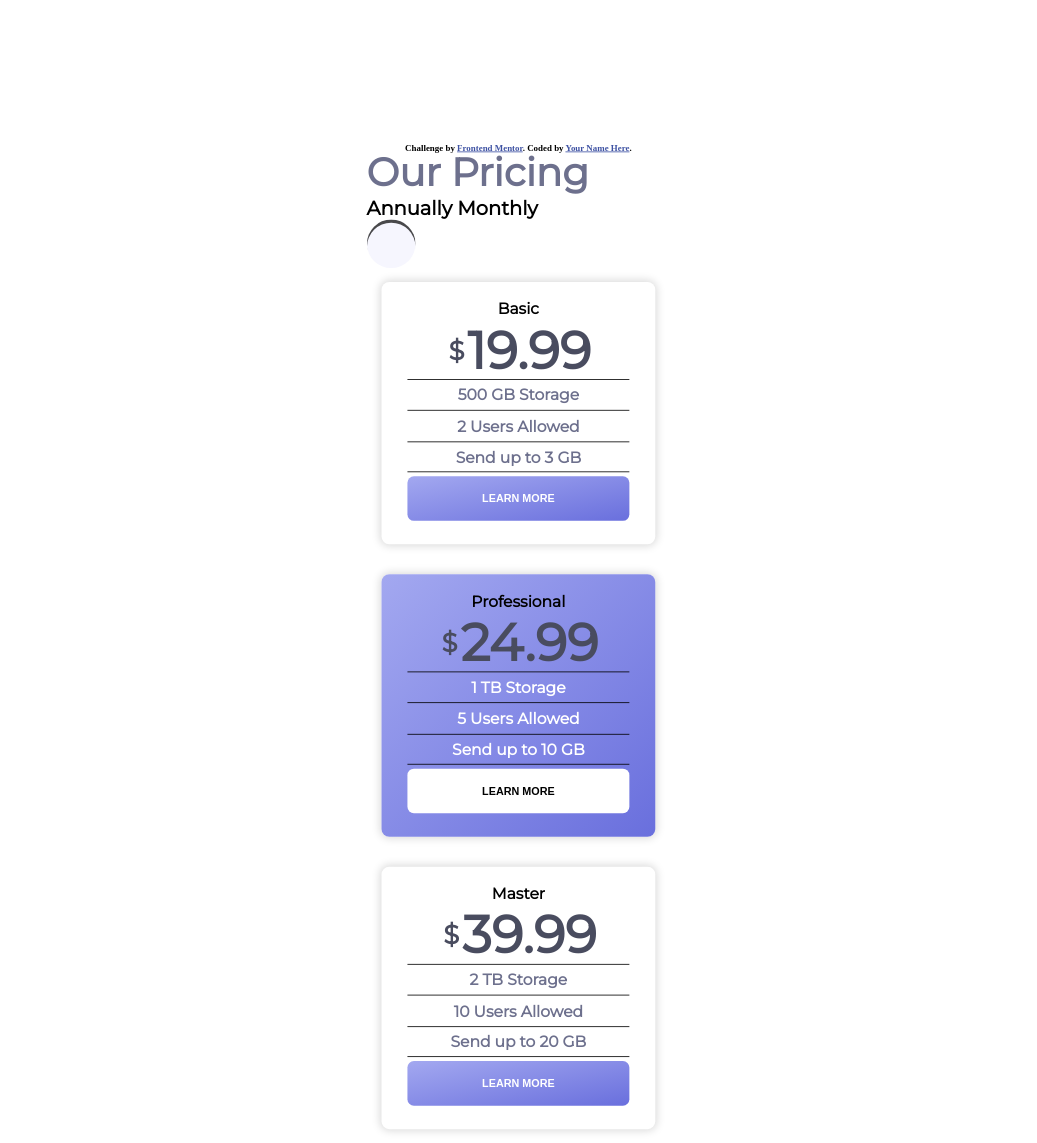
Repository: JuzzJoel/pricing-component-with-toggle-master
Page: index.html
An editor plug-in stored every save of this project. The page is shown before and after the next save, followed by the edit.
The browser window is 1280 px wide. The pictures show the whole page, at 81% of full size.

Above is the page before, as saved 2025-05-24 11:34:46.

### index.html
<!DOCTYPE html>
<html lang="en">
<head>
  <meta charset="UTF-8">
  <meta name="viewport" content="width=device-width, initial-scale=1.0"> <!-- displays site properly based on user's device -->

  <link rel="icon" type="image/png" sizes="32x32" href="./images/favicon-32x32.png">
  <link rel="preconnect" href="https://fonts.googleapis.com">
  <link rel="preconnect" href="https://fonts.gstatic.com" crossorigin>
  <link
    href="https://fonts.googleapis.com/css2?family=Montserrat:ital,wght@700"
    rel="stylesheet">
  <title>Frontend Mentor | [pricing-component-with-toggle-master]</title>
  <style>
    :root{

      --linear-gradient: linear-gradient(to bottom right, hsl(236, 72%, 79%), hsl(237, 63%, 64%));

--clr-pri: hsl(240, 78%, 98%);
--clr-pri-acc: hsl(234, 14%, 74%);
--clr-sec: hsl(233, 13%, 49%);
--clr-sec-acc: hsl(232, 13%, 33%);
    }
*,
*::before,
*::after {
    box-sizing: border-box;
}

* {
    margin: 0;
    padding: 0;
    box-sizing: border-box;
}
.visually-hidden:not(:focus):not(:active) {
  clip: rect(0 0 0 0);
  clip-path: inset(50%);
  height: 1px;
  overflow: hidden;
  position: absolute;
  white-space: nowrap;
  width: 1px;
}
    .attribution { font-size: 11px; text-align: center;height: 1vh; }
    .attribution a { color: hsl(228, 45%, 44%); }
body{
  font-size: 0.95rem;
  font-weight: 700;
width: 100vw;
height: 150vh;
display: flex;
align-items: center;
justify-content: center;
flex-direction: column;
}


.container{
  width: 375px;
  height: 100vh;
  font-family: "Montserrat", sans-serif;

}
  .pricing-header{
font-size: 1.5rem;
  }
  .pricing-header h1{
    color: var(--clr-sec);

  }
    .toggle-box{

    }

     .toggle-container{
      width: 50px;
      height: 50px;
      position: relative;
      background: var(--clr-pri);
      padding: 30px;
      border-radius: 3rem;

      box-shadow: inset 0 4px 0 0 rgba(0, 0, 0, 0.7);
     }
     .toggle-slider{
      position: absolute;
      border-radius: 50%;
      left: 10px;
      top: 5px;
     }
     input[type="radio"]{
      display: none;
     }

       .pricing{

       }


   .content-body{
    display: flex;
    flex-direction: column;
    align-items: center;
    width: 100%;
    height: 150vh;
   }
   .content{
    display: flex;
    flex-direction: column;
    align-items: center;
    justify-content: space-evenly;
    width: 90%;
    gap: 20px;
    height: 100%;
   }
   .card-container{
    display: flex;
    flex-direction: column;
    align-items: center;
    justify-content: center;
    width: 100%;
    border-radius: .6rem;

    box-shadow: 0 0 .625rem .125rem rgba(0, 0, 0, 0.15);
    height: 30%;
   }
   .card-container:nth-child(2){
  background: var(--linear-gradient);
   }    .card{
          display: flex;
          flex-direction: column;
          align-items: center;
          justify-content: space-between;
          width: 90%;
          height: 85%;
          font-family: "Montserrat", sans-serif;
        }
        .card>*{
          width: inherit;
          display: flex;
          align-items: center;
          justify-content: center;
        }
          .rows-head{
            height: 35%;
            display: flex;
            flex-direction: column;
            align-items: center;
            justify-content: center;
          }
          .rows-head p{
           font-size: 1.2rem;
          }
          .rows-head h1{
            font-size: 4rem;
            color: var(--clr-sec-acc);
            display: flex;
            align-items: center;
           } .rows-head h1 span{
            font-size: 2rem;
            color: var(--clr-sec-acc);
            margin-right: 2%;
           }
          .rows{
            height: 15%;
            border: 1px   solid black;
            border-left: none;
            border-right: none;
            color: var(--clr-sec);
            font-size: 1.2rem;
          }
          .rows:nth-child(3){
            border: none;
          }
          .rows-button{
            height: 25%;
            display: flex;
            align-items: center;
            justify-content: center;
          }
  button{
    width: 100%;
    display: flex;
    align-items: center;
    justify-content: center;
    border-radius: .5rem;
    border: none;
    padding: 1.25rem 2.5rem;
    text-transform: uppercase;
    color: white;
background: var(--linear-gradient);
    font-weight: 700;
  }
  .card-container:nth-child(2) .rows ,
  .card-container:nth-child(2) .rowshead
  {
    color: white;
  }
  .card-container:nth-child(2) button{
background: white;
color:var(--linear-gradient);
  }

          @media(min-width:1440px){
            .content{
              flex-direction: row;
              justify-content: space-between;
             }
          }
  </style>
</head>
<body>
  <div class="attribution">
    Challenge by <a href="https://www.frontendmentor.io?ref=challenge" target="_blank">Frontend Mentor</a>.
    Coded by <a href="#">Your Name Here</a>.
  </div>


  <div class="container">
    <div class="pricing-header">
      <h1>Our Pricing</h1>
      <div class="toggle-box">
        Annually
        Monthly
        <div class="toggle-container">

          <input type="radio" class="pricing" id="price-annnual">
          <label for="price-annual"></label>

          <input type="radio" class="pricing" id="price-month">
          <label for="price-month"></label>

          <div class="toggle-slider"></div>
        </div>
      </div>
      <div class="content-body">
        <div class="content">
          <div class="card-container">
<div class="card">
            <div class="rows-head">
              <p>Basic</p>
         <h1>  <span>&dollar;</span>
          19.99
           <i class="visually-hidden">&dollar;199.99</i>
           </h1>
          </div>
            <div class="rows">500 GB Storage</div>
            <div class="rows">2 Users Allowed</div>
            <div class="rows">Send up to 3 GB</div>
            <div class="rows-button"><button>Learn More</button></div>
          </div>
          </div>

          <div class="card-container">
            <div class="card">
            <div class="rows-head">
              <p>Professional</p>
              <h1> <span>&dollar;</span>24.99
                <i class="visually-hidden">&dollar;249.99</i>
           </h1>
          </div>
            <div class="rows">1 TB Storage</div>
            <div class="rows">5 Users Allowed</div>
            <div class="rows">Send up to 10 GB</div>
            <div class="rows-button"><button>Learn More</button></div>
          </div>
          </div>
          <div class="card-container">
            <div class="card">
            <div class="rows-head">
              <p>Master</p>
              <h1> <span>&dollar;</span>39.99
                <i class="visually-hidden">&dollar;399.99</i>
          </h1>
          </div>
            <div class="rows">2 TB Storage</div>
            <div class="rows">10 Users Allowed</div>
            <div class="rows">Send up to 20 GB</div>
            <div class="rows-button"><button>Learn More</button></div>
          </div>
          </div>
        </div>
      </div>
    </div>
  </div>


</body>
</html>

After the next save:
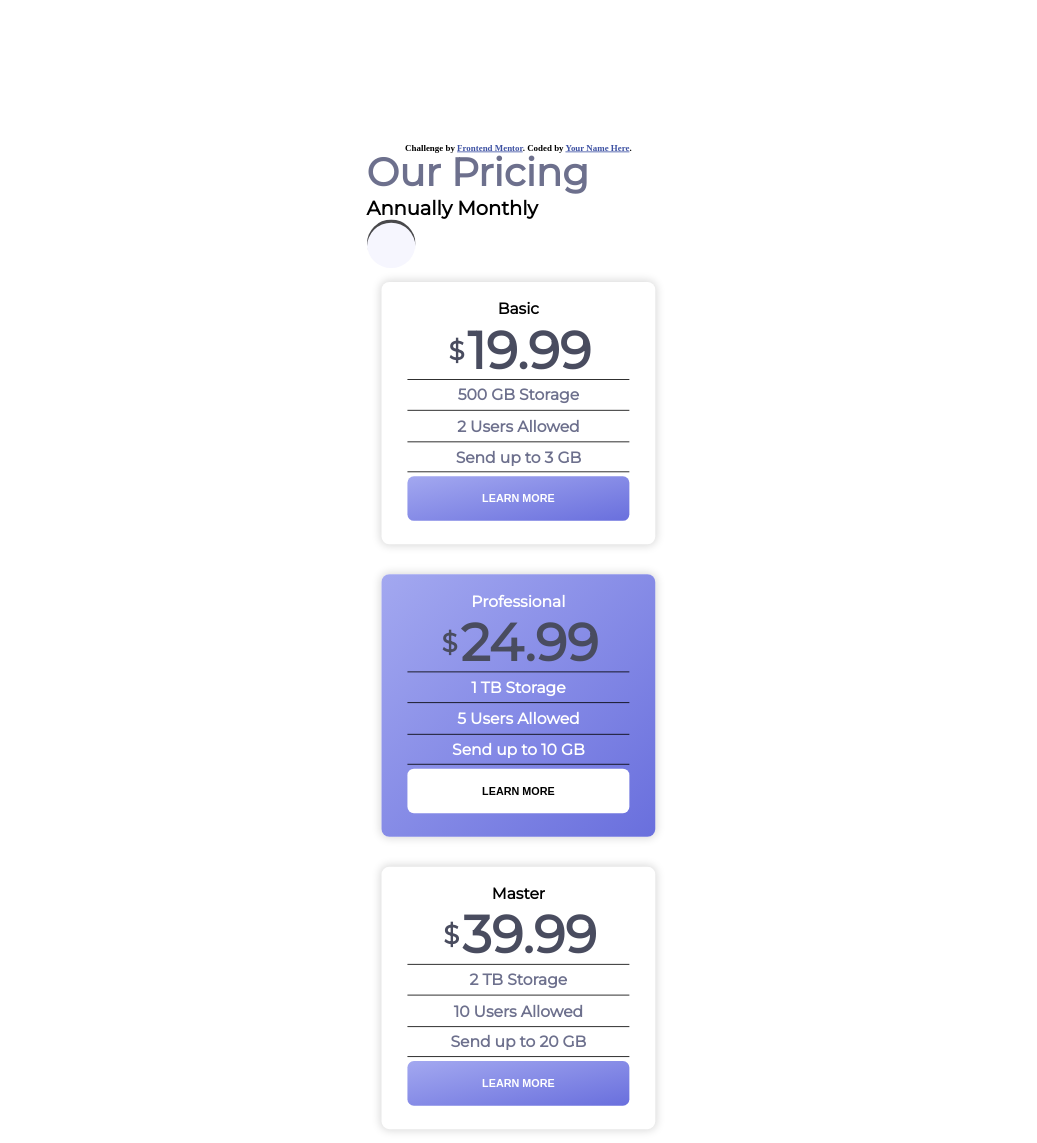
Saved 8 s later.
--- a/index.html
+++ b/index.html
@@ -192,7 +192,7 @@ background: var(--linear-gradient);
     font-weight: 700;
   }
   .card-container:nth-child(2) .rows ,
-  .card-container:nth-child(2) .rowshead
+  .card-container:nth-child(2) .rows-head
   {
     color: white;
   }
